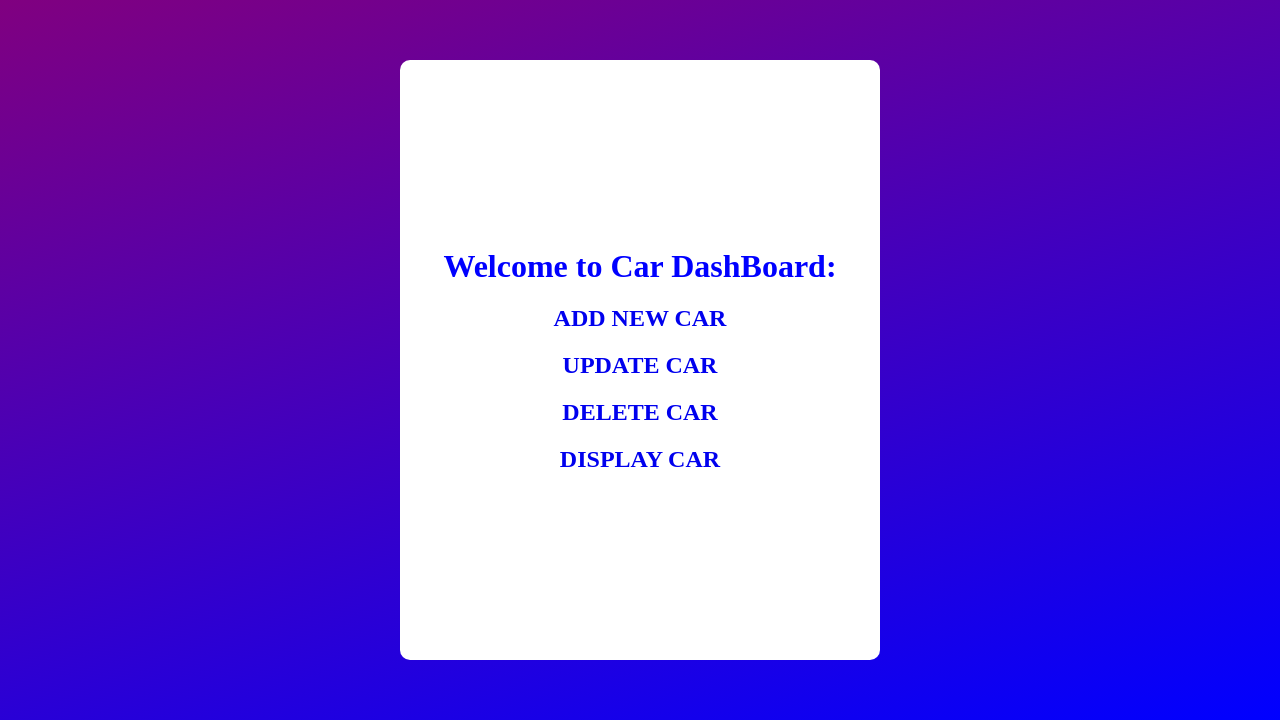
Repository: Dhirajkumar02/Advance-Java--J2EE-
Page: ServletProjecct_CarDB/src/main/webapp/index.html
These files come from the project's save history. The page is drawn as it stood at one moment and after the next save; the edit follows.
The browser window is 1280 px wide. The pictures show the whole page.

Above is the page before, as saved 2024-11-14 15:39:42.

### ServletProjecct_CarDB/src/main/webapp/index.html
<!DOCTYPE html>
<html>
<head>
<meta charset="UTF-8">
<title>Insert title here</title>
<style>
*{
box-sizing: border-box;
margin: 0;
padding: 0;
}
body{
height: 100vh;
display: flex;
justify-content: center;
align-items: center;
background: linear-gradient(165deg, purple, blue);
}
div{
/* border: 2px solid black;
*/
height: 600px;
width: 480px;
background: white;
display: flex;
justify-content: center;
align-items: center;
flex-direction: column;
gap:20px;
border-radius: 10px;
}

h1{
color: blue;
}

a{
text-decoration: none;

}
</style>
</head>
<body>
<div>
<h1>Welcome to Car DashBoard:</h1>
<h2>
<a href="AddCar.html">ADD NEW CAR</a>
</h2>

<h2>
<a href="UpdateCar.html">UPDATE CAR</a>
</h2>

<h2>
<a href="DeleteCar.html">DELETE CAR</a>
</h2>

<h2>
<a href="DisplayCar.html">DISPLAY CAR</a>
</h2>
</div>
</body>
</html>

After the next save:
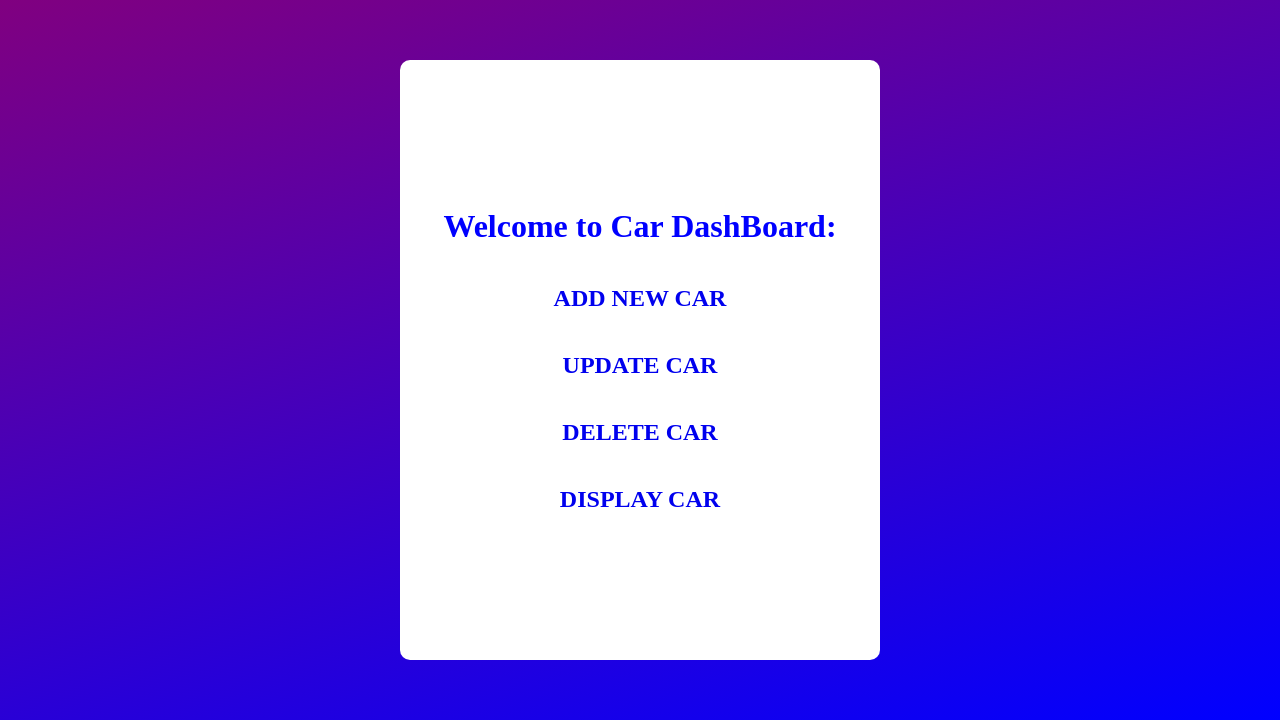
Saved 17 s later.
--- a/ServletProjecct_CarDB/src/main/webapp/index.html
+++ b/ServletProjecct_CarDB/src/main/webapp/index.html
@@ -26,7 +26,7 @@ display: flex;
 justify-content: center;
 align-items: center;
 flex-direction: column;
-gap:20px;
+gap:40px;
 border-radius: 10px;
 }
 
